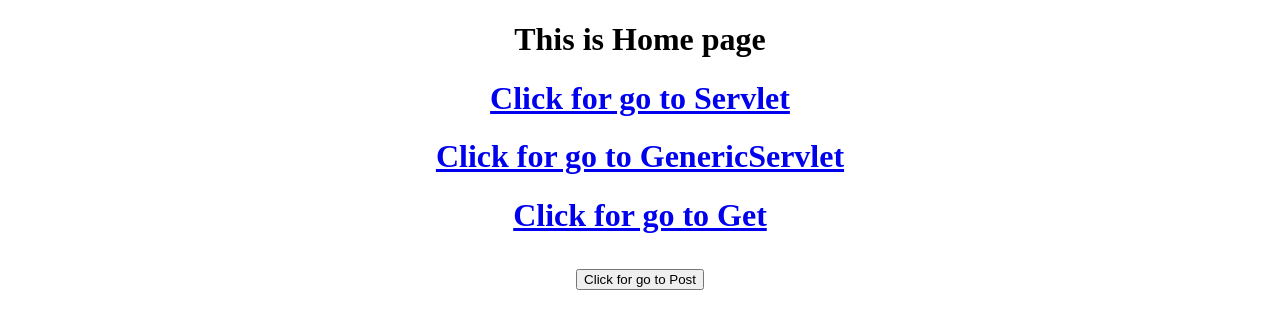
Repository: Hashim-Ansari-82/Servlet-And-JSP
Page: 2nd-Servlet-Demo/src/main/webapp/index.html
An editor plug-in stored every save of this project. The page is shown before and after the next save, followed by the edit.
The browser window is 1280 px wide. The pictures show the whole page.

Above is the page before, as saved 2026-06-03 18:44:13.

After the next save:
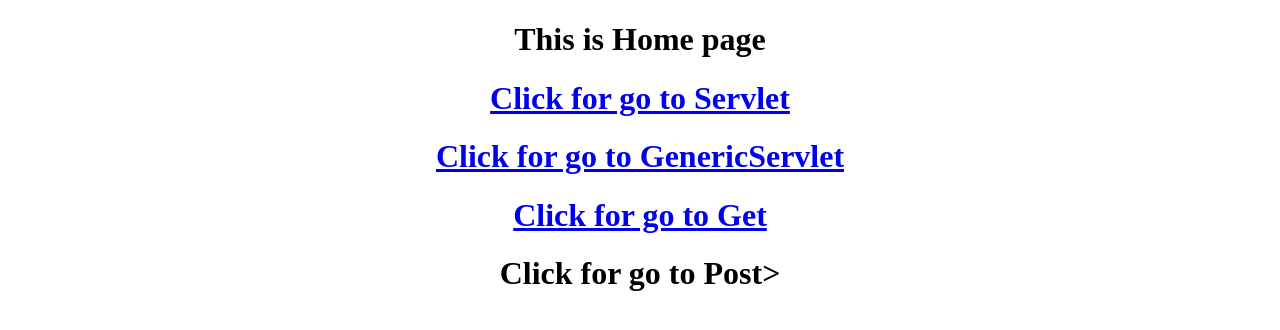
Saved 46 s later.
--- a/2nd-Servlet-Demo/src/main/webapp/index.html
+++ b/2nd-Servlet-Demo/src/main/webapp/index.html
@@ -17,8 +17,8 @@
 <a href="third">Click for go to Get</a>
 </h1>
 <form action="third" method="post">
-<h1>
-<button type="submit">Click for go to Post</button>
+<h1
+<button type="submit">Click for go to Post</button>>
 </h1>
 </form>
 </div>

After the save that followed:
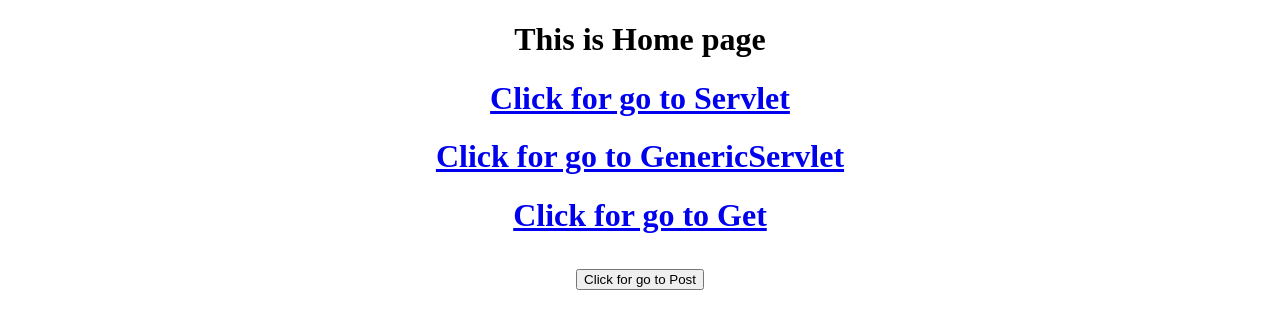
Saved 11 s later.
--- a/2nd-Servlet-Demo/src/main/webapp/index.html
+++ b/2nd-Servlet-Demo/src/main/webapp/index.html
@@ -17,8 +17,8 @@
 <a href="third">Click for go to Get</a>
 </h1>
 <form action="third" method="post">
-<h1
-<button type="submit">Click for go to Post</button>>
+<h1>
+<button type="submit">Click for go to Post</button>
 </h1>
 </form>
 </div>
